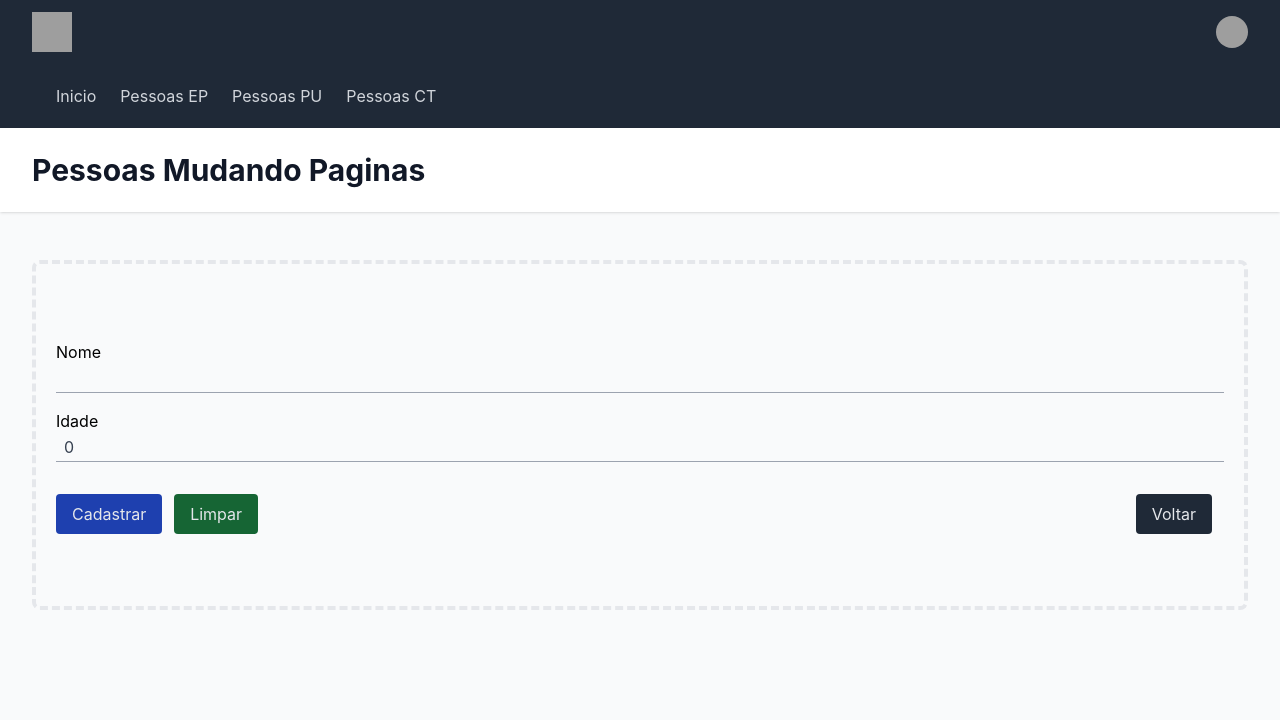
Repository: NunesXdecK/portfolio-jn-old
Page: /pessoacadastro
These files come from the project's save history. The page is drawn as it stood at one moment and after a run of saves; the edit follows.
The browser window is 1280 px wide. The pictures show the whole page.
Pictures or frames that could not be fetched are drawn as grey boxes. The page's requests for data from a server got no answer. The project was rebuilt for these pictures with package versions that can differ from the ones it lists, and the page was loaded fresh each time. The framework's server and built-in components were replaced by stand-ins that run in the browser. No one was signed in, and anything a server would have sent is missing. Also part of the build but not shown: next.config.js.

Above is the page before, as saved 2022-01-08 11:54:56.

### src/pages/pessoacadastro.tsx
import { useRouter } from "next/router";
import FormularioPessoa from "../components/FormularioPessoa";
import Layout from "../components/Layout";
import Pessoa from "../core/Pessoa";
import usePessoas from "../hooks/usePessoas";

export default function Home() {

  const router = useRouter()
  let pessoaR = Pessoa.vazio()

  const {
    pessoa,
    obterPessoas,
    salvarPessoa,
  } = usePessoas()

  if (router.query?.id) {
    pessoaR = new Pessoa(router.query.nome + "", +router.query.idade, router.query.id + "")
  }

  return (
    <Layout titulo="Pessoas Mudando Paginas">
      <FormularioPessoa
        paginaUnica={false}
        salvarFuncao={salvarPessoa}
        voltarFuncao={obterPessoas}
        pessoa={pessoaR?.id ? pessoaR : pessoa} />
    </Layout>
  )
}

### src/styles/globals.css
@tailwind base;
@tailwind components;
@tailwind utilities;

html, body {
  padding: 0;
  margin: 0;
  background-color: rgb(249 250 251);
  font-family: -apple-system, BlinkMacSystemFont, Segoe UI, Roboto, Oxygen,
    Ubuntu, Cantarell, Fira Sans, Droid Sans, Helvetica Neue, sans-serif;
}

a {
  color: inherit;
  text-decoration: none;
}

* {
  box-sizing: border-box;
}

### src/components/FormularioPessoa.tsx
import Router from "next/router";
import { useState } from "react";
import Pessoa from "../core/Pessoa";
import Botao from "./Botao";
import EntradaTexto from "./EntradaTexto";

interface FormularioPessoaProps {
    pessoa?: Pessoa,
    salvarFuncao?: (pessoa: Pessoa) => void,
    resetarFuncao?: (pessoa: Pessoa) => void,
    paginaUnica: boolean,
    botaoVoltar?: boolean,
    voltarFuncao?: () => void
}

export default function FormularioPessoa(props: FormularioPessoaProps) {
    const id = props.pessoa?.id
    const [nome, setNome] = useState(props.pessoa?.nome ?? '');
    const [idade, setIdade] = useState(props.pessoa?.idade ?? 0);

    function resetaFormulario() {
        setNome("")
        setIdade(0)
        if (!props.paginaUnica) {
            Router.push("/pessoacadastro")
        }
    }

    return (
        <div className="my-10">
            <div className="py-4">
                {id ? (
                    <EntradaTexto tipo="text" texto="Id" somenteLeitura={true} valor={id} />
                ) : false}
                <EntradaTexto tipo="text" texto="Nome" quandoAlterar={setNome} valor={nome} />
                <EntradaTexto tipo="number" texto="Idade" quandoAlterar={setIdade} valor={idade} />

            </div>

            <div className="flex items-center justify-between">
                <div>
                    <Botao
                        cor="azul"
                        onClick={() => {
                            props.salvarFuncao?.(new Pessoa(nome, +idade, id))
                            if (!props.botaoVoltar) {
                                resetaFormulario()
                            }

                            if (!props.paginaUnica) {
                                Router.push("/pessoa")
                            }
                        }}>
                        {id ? 'Alterar' : 'Cadastrar'}
                    </Botao>
                    <Botao onClick={resetaFormulario} cor="verde">Limpar</Botao>
                </div>
                {props.botaoVoltar ??
                    (
                        props.paginaUnica ? (
                            <Botao onClick={props.voltarFuncao} cor="cinza">Voltar</Botao>
                        ) : (
                            <Botao link={true} destino="/pessoa" cor="cinza">Voltar</Botao>
                        )
                    )
                }
            </div>
        </div>
    )
}

### src/components/Layout.tsx
import Menu from "./Menu"
import Titulo from "./Titulo"

interface LayoutProps {
    titulo?: string
    children?: any
}

export default function Layout(props: LayoutProps) {
    return (
        <div className="h-full">
            <header>
                <Menu/>
                <div className="bg-white shadow">
                    <Titulo>{props.titulo}</Titulo>
                </div>
            </header>

            <main>
                <div className="max-w-7xl mx-auto py-6 sm:px-6 lg:px-8">
                    <div className="px-4 py-6 sm:px-0">
                        <div className="p-5 border-4 border-dashed border-gray-200 rounded-lg">
                            {props.children ?? "Sem Conteúdo"}
                        </div>
                    </div>
                </div>
            </main>
        </div>
    )
}

### src/core/Pessoa.ts
export default class Pessoa {
    #id: string
    #nome: string
    #idade: number

    static vazio() {
        return new Pessoa("", 0)
    }

    static pessoas() {
        const pessoas = [
            new Pessoa("Natasha", 30, "1"),
            new Pessoa("Melissa", 4, "12"),
            new Pessoa("Auxiliadora", 58, "44"),
            new Pessoa("Júnior", 34, "433")
        ]
        return pessoas
    }

    constructor(nome: string, idade: number, id: string = null) {
        this.#nome = nome
        this.#idade = idade
        this.#id = id
    }

    get id() {
        return this.#id
    }

    get nome() {
        return this.#nome
    }

    get idade() {
        return this.#idade
    }
}

### src/hooks/usePessoas.ts
import { useEffect, useState } from "react"
import Pessoa from "../core/Pessoa"
import PessoaColecao from "../db/PessoaColecao"
import useTabelaForm from "./useTabelaForm"

export default function usePessoas() {
    const repo = new PessoaColecao()

    const { tabelaVisivel, exibirTabela, exibirFormulario } = useTabelaForm()

    const [pessoa, setPessoa] = useState<Pessoa>(Pessoa.vazio())
    const [pessoas, setPessoas] = useState<Pessoa[]>([])

    useEffect(() => {
        obterPessoas()
    }, [])

    function obterPessoas() {
        repo.obterTodos().then(setPessoas)
        exibirTabela()
    }

    function obterPessoa(id: string) {
        return repo.obterPessoa(id)
    }

    function novaPessoa() {
        setPessoa(Pessoa.vazio())
        exibirFormulario()
    }

    function salvarPessoa(pessoa: Pessoa) {
        let r = repo.salvar(pessoa)
        if (r) {
            obterPessoas()
        }
    }

    function selecionarPessoa(pessoa: Pessoa) {
        setPessoa(pessoa)
        exibirFormulario()
    }

    function exlcuirPessoa(pessoa: Pessoa) {
        let r = repo.excluir(pessoa)
        if (r) {
            obterPessoas()
        }
    }

    return {
        tabelaVisivel,
        pessoa,
        pessoas,
        obterPessoas,
        obterPessoa,
        salvarPessoa,
        novaPessoa,
        selecionarPessoa,
        exlcuirPessoa
    }
}

### src/components/Botao.tsx
import Link from "next/link"

interface BotaoProps {
    cor?: 'verde' | 'azul' | 'cinza' | 'vermelho'
    children: any,
    onClick?: () => void,
    link?: boolean,
    destino?: string
}

export default function Botao(props: BotaoProps) {
    const cinza = "bg-gray-800 hover:bg-gray-600"
    const vermelho = "bg-red-800 hover:bg-red-600"
    const azul = "bg-blue-800 hover:bg-blue-600"
    const verde = "bg-green-800 hover:bg-green-600"
    let cor = cinza

    switch (props.cor) {
        case 'vermelho':
            cor = vermelho
            break
        case 'azul':
            cor = azul
            break
        case 'verde':
            cor = verde
            break
    }

    const styleFinal = "px-4 py-2 mb-3 mr-3 rounded text-gray-200 " + cor + " transition"

    return (
        props.link ?
            (<Link href={props.destino}>
                <button className={styleFinal}>
                    {props.children}
                </button>
            </Link>)
            : (
                <button onClick={props.onClick} className={styleFinal}>
                    {props.children}
                </button>
            )
    )
}

### src/components/EntradaTexto.tsx
interface EntradaTextoProps {
    tipo: 'text' | 'number'
    texto: string
    valor?: any
    somenteLeitura?: boolean
    quandoAlterar?: (alterou: any) => void
}

export default function EntradaTexto(props: EntradaTextoProps) {
    return (
        <div className="flex flex-col mb-4">
            <label>{props.texto}</label>
            <div className="flex items-center border-b border-gray-400 focus:bg-gray-800">
                <input
                    className="appearance-none bg-transparent border-none w-full text-gray-700 mr-3 py-1 px-2 leading-tight focus:outline-none"
                    onChange={e => props.quandoAlterar?.(e.target.value)}
                    type={props.tipo ?? 'text'}
                    value={props.valor}
                    readOnly={props.somenteLeitura}
                />
            </div>
        </div>
    )
}

### src/components/Menu.tsx
import Navegador from "./Navegador"

interface MenuProps {
    titulo?: any
}

export default function Menu(props: MenuProps) {
    return (
        <div className="min-h-full">
            <div className="bg-gray-800">
                <div className="max-w-7xl mx-auto px-4 sm:px-6 lg:px-8">
                    <div className="flex items-center justify-between h-16">
                        <div className="flex items-center">
                            <div className="flex-shrink-0">
                                <img
                                    className="h-10 w-10"
                                    src="https://tailwindui.com/img/logos/workflow-mark-indigo-500.svg"
                                    alt="Workflow"
                                />
                            </div>
                        </div>
                        <img
                            src="https://tailwindui.com/img/logos/workflow-mark-indigo-500.svg"
                            alt="Workflow"
                            className="h-8 w-8 rounded-full"
                        />
                    </div>

                    <div className="flex items-center justify-between">
                        <nav className="p-3 flex items-center">
                            <Navegador destino="/">Inicio</Navegador>
                            <Navegador destino="/pessoa">Pessoas EP</Navegador>
                            <Navegador destino="/pessoaPU">Pessoas PU</Navegador>
                            <Navegador destino="/pessoaCT">Pessoas CT</Navegador>
                        </nav>
                    </div>
                </div>
            </div>
        </div>
    )
}

### src/components/Titulo.tsx
interface TituloProps {
    children?: any
}

export default function Titulo(props: TituloProps) {
    return (
        <div className="max-w-7xl mx-auto py-6 px-4 sm:px-6 lg:px-8">
            <h1 className="text-3xl font-bold text-gray-900">{props.children ?? "Titulo Placeholder"}</h1>
        </div>
    )
}

### src/db/PessoaColecao.ts
import Pessoa from "../core/Pessoa";
import { collection, deleteDoc, doc, getDoc, getDocs, orderBy, query, setDoc, updateDoc } from "firebase/firestore";
import { db } from "./firebaseDB";

export default class PessoaColecao {

    #conversor = {
        toFirestore(pessoa: Pessoa) {
            return {
                nome: pessoa.nome,
                idade: pessoa.idade
            }
        },
        fromFirestore(snapshot, options): Pessoa {
            const dados = snapshot?.data(options)
            return new Pessoa(dados.nome, dados.idade, snapshot?.id)
        }
    }

    async obterTodos() {
        const q = query(this.colecao(), orderBy("nome", "asc"))
        const promise = await getDocs(q)
        let pessoas = []
        promise.docs.map(doc => {
            pessoas.push(doc.data())
        })
        return pessoas
    }

    async obterPessoa(id: string) {
        let pessoa = Pessoa.vazio()
        try {
            const docRef = await doc(this.colecao(), id)
            const pesRef = getDoc(docRef)
            const data = (await pesRef).data()
            pessoa = new Pessoa(data.nome, data.idade, data.id)
            return pessoa
        } catch (e) {
            console.log(e)
            return pessoa
        }
    }

    async salvar(pessoa: Pessoa) {
        try {
            if (pessoa?.id) {
                const docRef = await doc(this.colecao(), pessoa.id)
                await updateDoc(docRef, this.#conversor.toFirestore(pessoa))
                return true
            } else {
                const docRef = await doc(this.colecao())
                await setDoc(docRef, this.#conversor.toFirestore(pessoa))
                return true
            }
        } catch (e) {
            console.log(e)
        }
        return false
    }

    async excluir(pessoa: Pessoa) {
        try {
            const docRef = await doc(this.colecao(), pessoa.id)
            await deleteDoc(docRef)
            return true
        } catch (e) {
            console.log(e)
        }
        return false
    }

    private colecao() {
        const collectionRef = collection(db, "pessoa").withConverter(this.#conversor);
        return collectionRef
    }
}

### src/hooks/useTabelaForm.ts
import { useState } from "react";

export default function useTabelaForm() {
    const t = "tabela"
    const f = "formulario"

    const [visivel, setVisivel] = useState<"tabela" | "formulario">(t)

    const exibirTabela = () => setVisivel(t)
    const exibirFormulario = () => setVisivel(f)

    return {
        tabelaVisivel: visivel === t,
        formularioVisivel: visivel === f,
        exibirTabela,
        exibirFormulario
    }
}

### src/components/Navegador.tsx
import Link from 'next/link'

interface NavegadorProps {
    children?: any
    destino: any
}

export default function Navegador(props: NavegadorProps) {
    return (
        <Link href={props.destino} passHref>
            <div className="h-10 p-3 flex rounded-md items-center cursor-pointer text text-gray-300 hover:bg-gray-700 hover:text-white ">
                {props.children ?? 'Titulo placeholder'}
            </div>
        </Link>
    )
}

### src/db/firebaseDB.ts
import { initializeApp } from "firebase/app"

import { getFirestore } from "firebase/firestore"

const firebaseConfig = {
    apiKey: process.env.NEXT_PUBLIC_FIREBASE_API_KEY,
    authDomain: process.env.NEXT_PUBLIC_FIREBASE_AUTH_DOMAIN,
    projectId: process.env.NEXT_PUBLIC_FIREBASE_PROJECT_ID
}

const app = initializeApp(firebaseConfig)
const db = getFirestore()

export { db }

Loaded but not shown: src/pages/_app.js (common file); tailwind.config.js (common file)

After the next 2 saves:
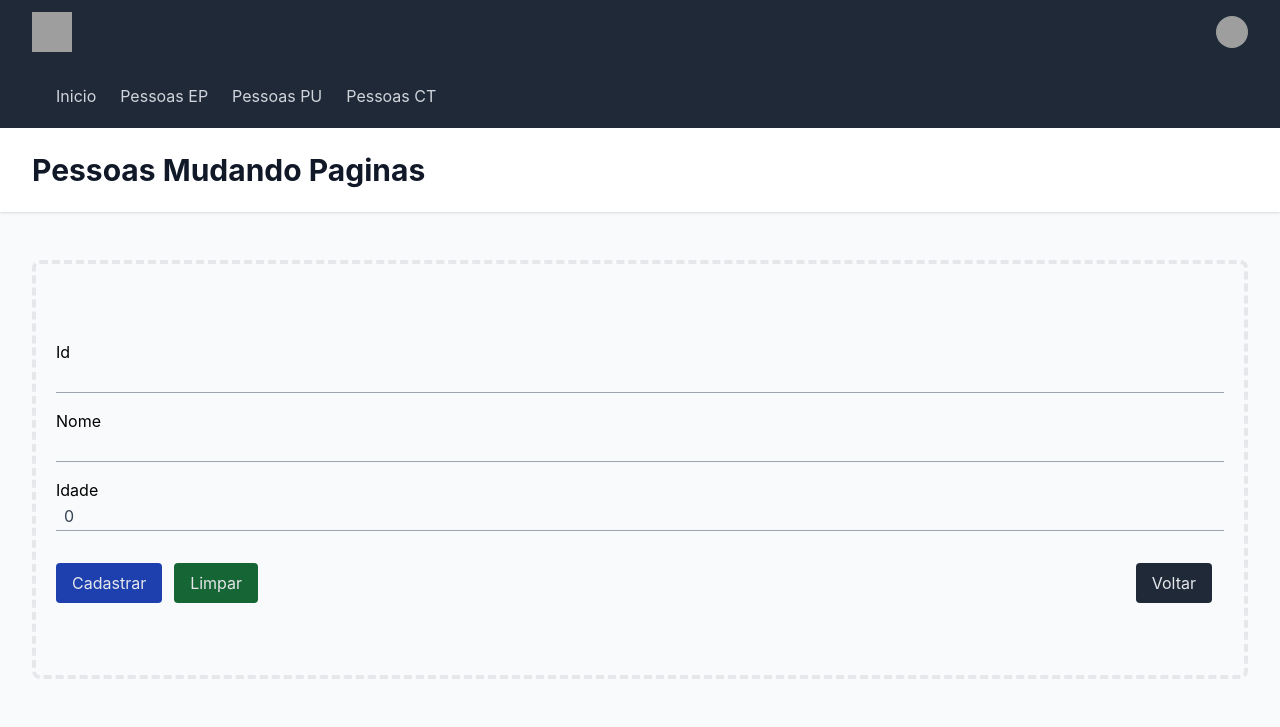
The 2 saves are shown as one change because 1 did not build or start.
The last was saved 57 s later.
--- a/src/components/FormularioPessoa.tsx
+++ b/src/components/FormularioPessoa.tsx
@@ -29,7 +29,7 @@
     return (
         <div className="my-10">
             <div className="py-4">
-                {id ? (
+                {props.pessoa ? (
                     <EntradaTexto tipo="text" texto="Id" somenteLeitura={true} valor={id} />
                 ) : false}
                 <EntradaTexto tipo="text" texto="Nome" quandoAlterar={setNome} valor={nome} />

After the 2 saves that followed:
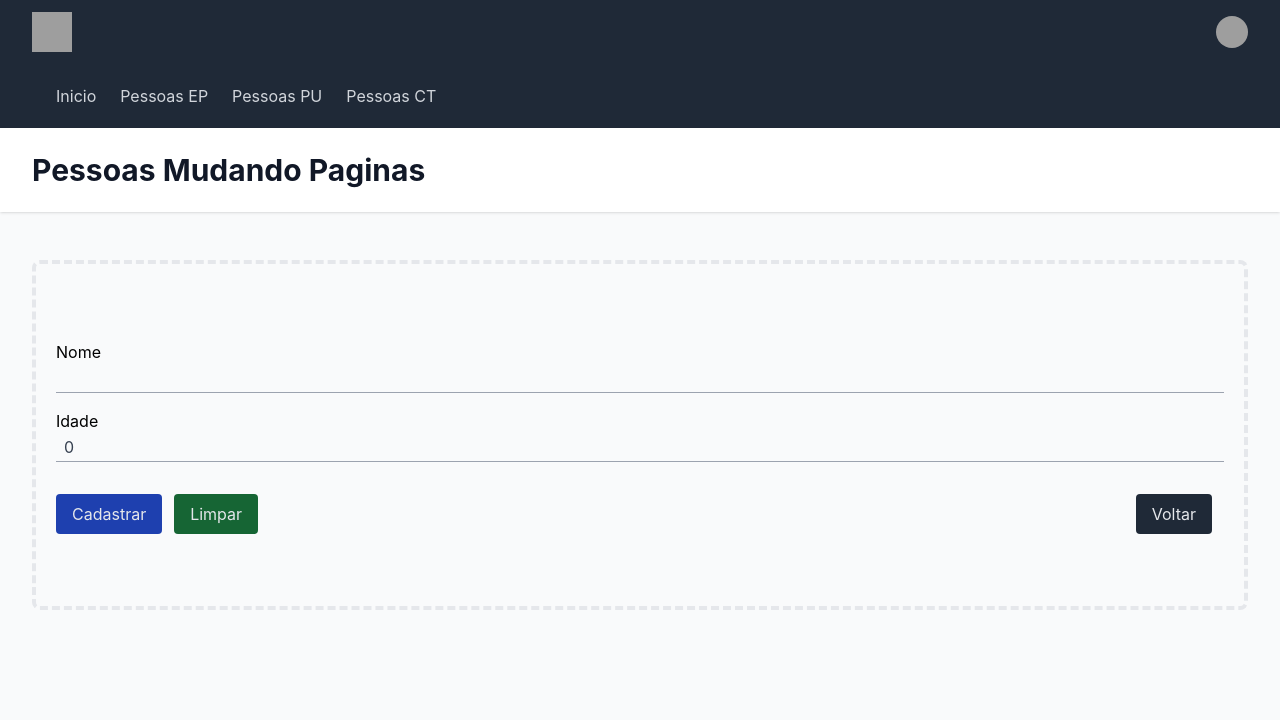
The 2 saves are shown as one change because 1 left the picture as it was.
The last was saved 37 s later.
--- a/src/components/FormularioPessoa.tsx
+++ b/src/components/FormularioPessoa.tsx
@@ -19,6 +19,7 @@
     const [idade, setIdade] = useState(props.pessoa?.idade ?? 0);
 
     function resetaFormulario() {
+        props.pessoa = Pessoa.vazio()
         setNome("")
         setIdade(0)
         if (!props.paginaUnica) {
@@ -29,7 +30,7 @@
     return (
         <div className="my-10">
             <div className="py-4">
-                {props.pessoa ? (
+                {props.pessoa.id ? (
                     <EntradaTexto tipo="text" texto="Id" somenteLeitura={true} valor={id} />
                 ) : false}
                 <EntradaTexto tipo="text" texto="Nome" quandoAlterar={setNome} valor={nome} />
